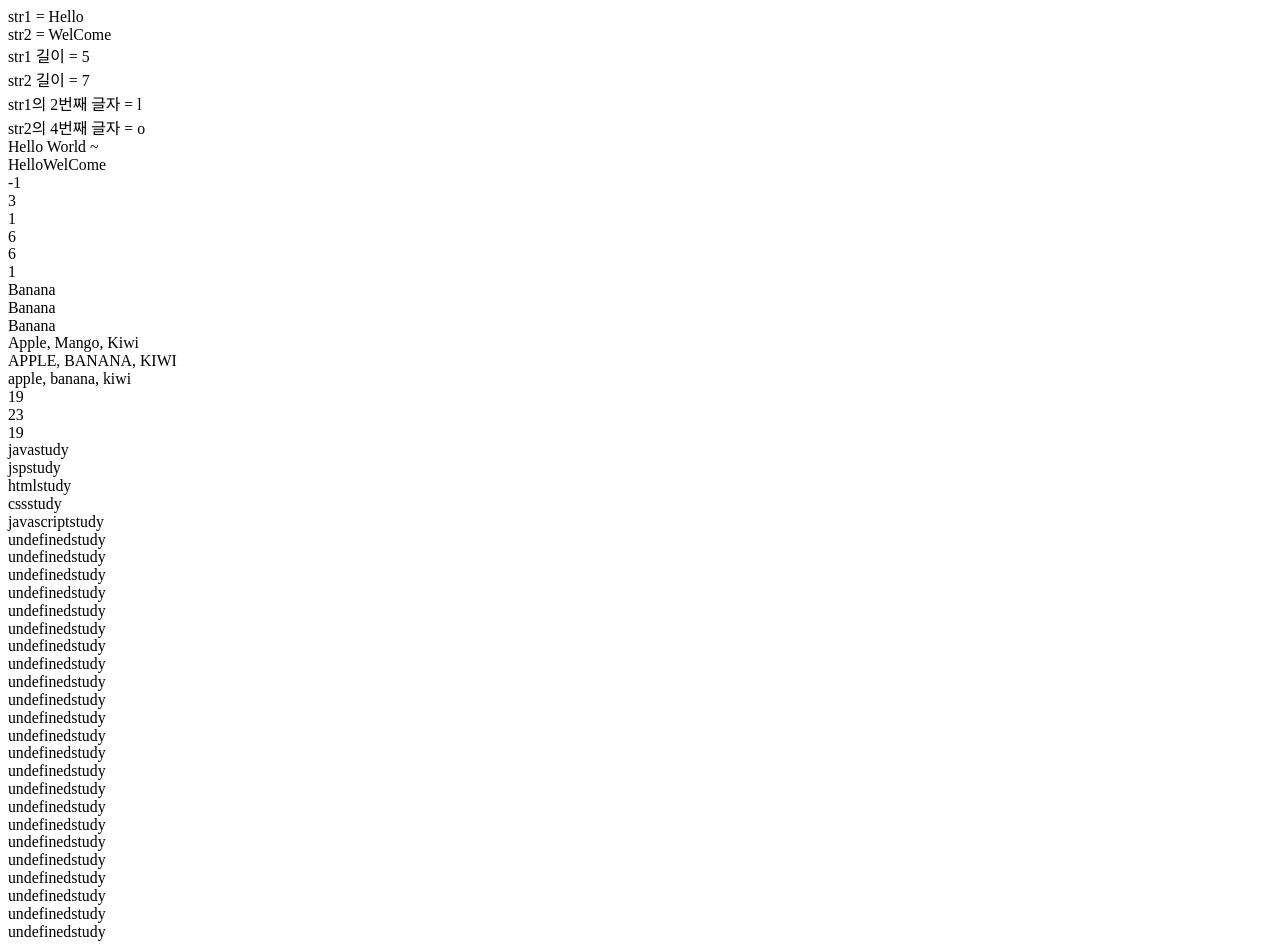
Repository: shinsil0601/webstudy
Page: 03_JavaScript/src/main/webapp/day02/ex20_StringClass.html
An editor plug-in stored every save of this project. The page is shown before and after the next save, followed by the edit.
The browser window is 1280 px wide. The pictures show the whole page, at 99% of full size.

Above is the page before, as saved 2023-06-29 00:58:26.

### 03_JavaScript/src/main/webapp/day02/ex20_StringClass.html
<!DOCTYPE html>
<html>
<head>
<meta charset="UTF-8">
<title>String (내장객체)</title>
<script type="text/javascript">
	// 내장 객체 : javascript가 구동되는 시점에서 바로 제공되면,
	//			   javascript코드 어디에서든 사용이 가능하다.
	// Object, String, Number, Date, Array, Math, ...
	var str1 = "Hello";
	var str2 = new String("WelCome");

	document.write("str1 = "+ str1 +"<br>");
	document.write("str2 = "+ str2 +"<br>");

	// 길이 : length
	document.write("str1 길이 = "+ str1.length +"<br>");
	document.write("str2 길이 = "+ str2.length +"<br>");

	// n번째 문자 추출 : charAt(n)  * n = index = 0부터 시작
	document.write("str1의 2번째 글자 = "+ str1.charAt(2) +"<br>");
	document.write("str2의 4번째 글자 = "+ str2.charAt(4) +"<br>");

	// 문자연결자 : concat(str)
	document.write(str1.concat(" World ~")+ "<br>");
	document.write(str1.concat(str2)+ "<br>");

	// 해당 문자나 문자열의 위치값 : indexOf('문자 또는 문자열')
	//								 ** 정규식을 사용 못함, -1 이면 찾는 문자가 없다.
	document.write(str1.indexOf('C')+"<br>");
	document.write(str2.indexOf('C')+"<br>");

	// 해당 문자나 문자열의 위치값 : indexOf('문자 또는 문자열', 시작위치)
	// 첫번째 e의 위치
	document.write(str2.indexOf('e', 0)+"<br>");
	// 두번째 e의 위치
	document.write(str2.indexOf('e', str2.indexOf('e')+1)+"<br>");

	// 해당 문자나 문자열의 마지막 위치값 : lastIndexOf('문자 또는 문자열')
	document.write(str2.lastIndexOf('e')+"<br>");

	// 해당 문자나 문자열의 위치값 : search('문자 또는 문자열')
	//								** 정규식 사용가능, 두번째 인자는 없다.
	document.write(str2.search('e')+"<br>");

	// 원하는 문자열 추출 : slice와 substring
	// slice(begin, end), substring(begin,end)
	str1 = "Apple, Banana, Kiwi";
	document.write(str1.slice(7,13)+"<br>");
	document.write(str1.substring(7,13)+"<br>");
	document.write(str1.substr(7,6)+"<br>");

	// 치환 : replace(old,new)
	var str3 = str1.replace("Banana","Mango");
	document.write(str3+"<br>");

	// 대소문자 변환 : toUpperCase, toLowerCase
	document.write(str1.toUpperCase()+"<br>");
	document.write(str1.toLowerCase()+"<br>");

	// 앞뒤 공백 제거 : trim
	var str4 = "  Apple, Banana, Kiwi  ";
	document.write(str1.length+"<br>");
	document.write(str4.length+"<br>");
	document.write(str4.trim().length+"<br>");

	// 문자열을 배열로 만들자 (split("구분자"))
	var str5 = "java,jsp,html,css,javascript";
	var str6 = str5.split(",");
	//k = 인덱스변수  str5= 배열변수
	for ( var k in str5) {
		document.write(str6[k]+"study"+"<br>");
	}

	// 문자열을 배열로 만들자 (join("구분자"))


</script>
</head>
<body>

</body>
</html>

After the next save:
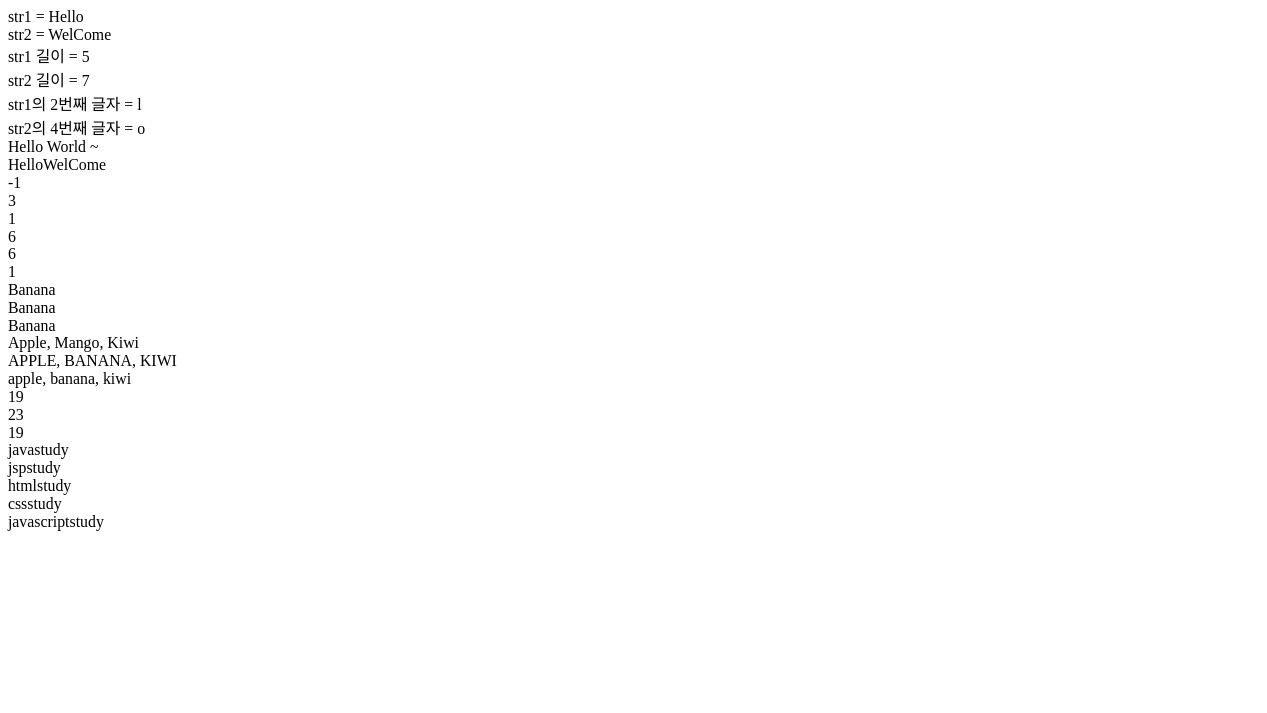
Saved 10 s later.
--- a/03_JavaScript/src/main/webapp/day02/ex20_StringClass.html
+++ b/03_JavaScript/src/main/webapp/day02/ex20_StringClass.html
@@ -68,7 +68,7 @@
 	var str5 = "java,jsp,html,css,javascript";
 	var str6 = str5.split(",");
 	//k = 인덱스변수  str5= 배열변수
-	for ( var k in str5) {
+	for ( var k in str6) {
 		document.write(str6[k]+"study"+"<br>");
 	}
 
